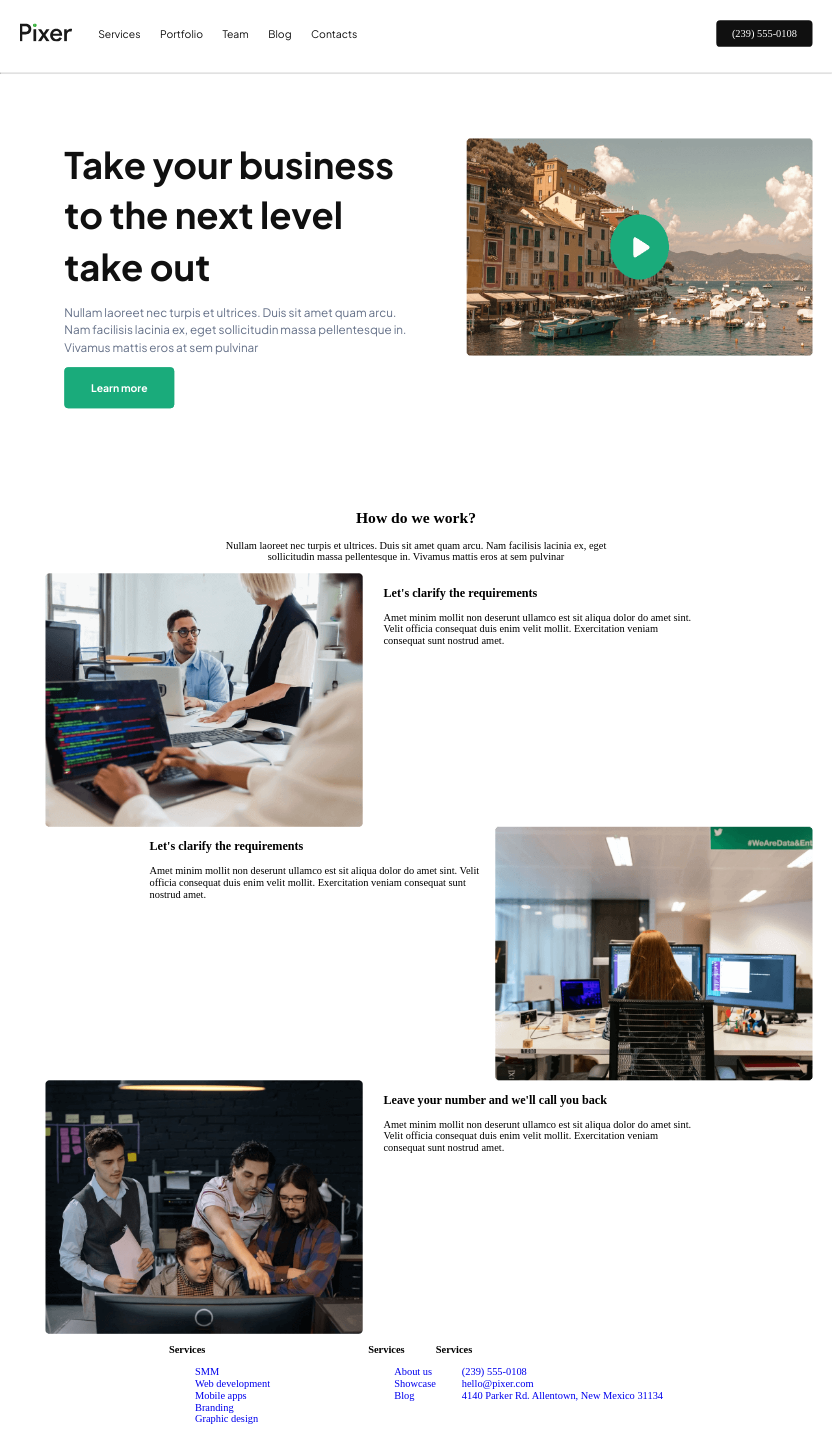
Repository: UlugbekAbdurasulov/pixar
Page: index.html
These files come from the project's save history. The page is drawn as it stood at one moment and after the next save; the edit follows.
The browser window is 1280 px wide. The pictures show the whole page, at 65% of full size.

Above is the page before, as saved 2023-06-05 02:11:43.

After the next save:
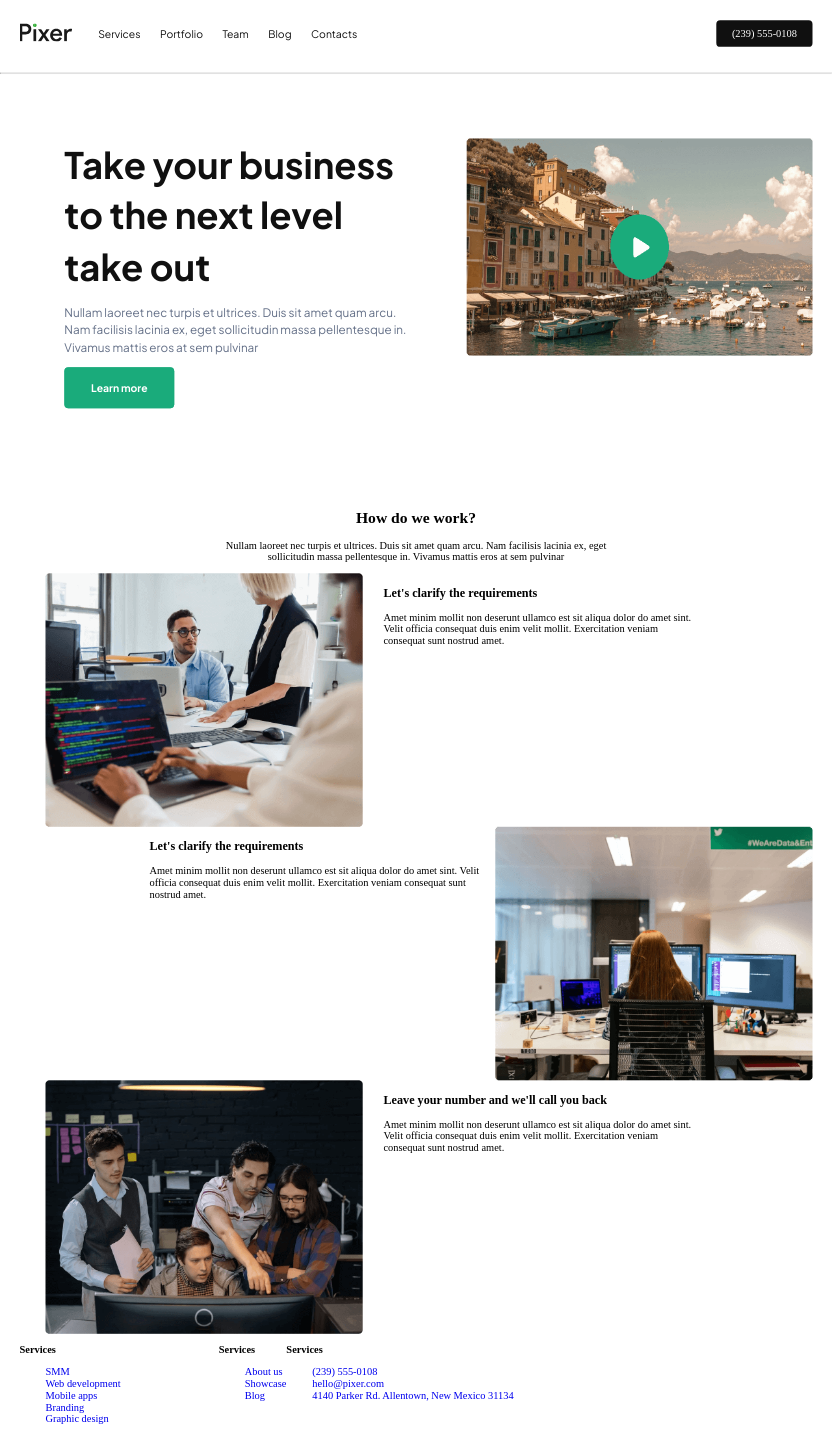
Saved 6 s later.
--- a/css/main.css
+++ b/css/main.css
@@ -194,7 +194,7 @@ margin-left: 32px;
 }
 .sayt-footer-start-box{
   display: flex;
-  justify-content: center;
+
 
 }
 .sayt-footer-start-services{
